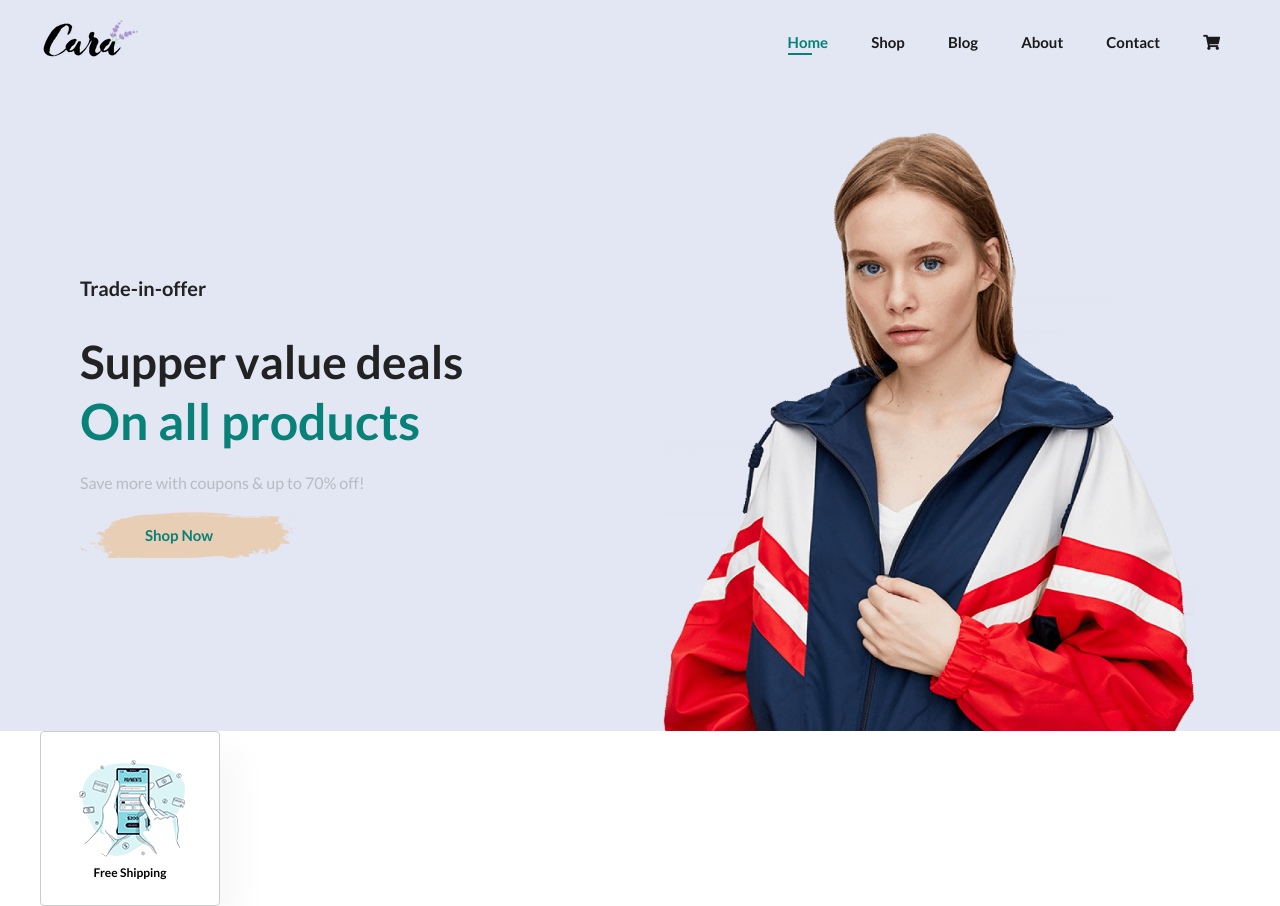
Repository: Nguyenductuan-dev/Website-Clothes
Page: index.html
An editor plug-in stored every save of this project. The page is shown before and after the next save, followed by the edit.
The browser window is 1280 px wide. The pictures show the whole page.

Above is the page before, as saved 2022-04-25 23:58:00.

### index.html
<!DOCTYPE html>
<html lang="en">
<head>
    <meta charset="UTF-8">
    <meta http-equiv="X-UA-Compatible" content="IE=edge">
    <meta name="viewport" content="width=device-width, initial-scale=1.0">
    <link rel="shortcut icon" href="assets/imgs/favicon.png" type="image/x-icon">
    <link rel="stylesheet" href="https://cdnjs.cloudflare.com/ajax/libs/font-awesome/5.15.1/css/all.min.css" />
    <link rel="preconnect" href="https://fonts.googleapis.com">
    <link rel="preconnect" href="https://fonts.gstatic.com" crossorigin>
    <link href="https://fonts.googleapis.com/css2?family=Lato:wght@400;700&family=Montserrat:ital,wght@0,200;0,300;0,400;0,500;0,600;0,700;1,600&display=swap" rel="stylesheet">
    <link rel="stylesheet" href="assets/css/style.css">
    <title>Website Clothes</title>
</head>
<body>
    <!-- ======================= HEADER ====================== -->
    <header class="header " id="header">
        <div class="header__container container">
            <a href="index.html" class="header__logo">
                <img src="assets/images/logo.png" alt="" class="header__logo-img">
            </a>

            <div class="navbar" id="navbar">
                <ul class="navbar__list">
                    <li class="navbar__item ">
                        <a href="index.html" class="navbar__link navbar__active">Home</a>
                    </li>
                    <li class="navbar__item">
                        <a href="shop.html" class="navbar__link">Shop</a>
                    </li>
                    <li class="navbar__item">
                        <a href="blog.html" class="navbar__link">Blog</a>
                    </li>
                    <li class="navbar__item">
                        <a href="about.html" class="navbar__link">About</a>
                    </li>
                    <li class="navbar__item">
                        <a href="contact.html" class="navbar__link">Contact</a>
                    </li>
                    <li class="navbar__item">
                        <a href="cart.html" class="navbar__link">
                            <i class="fas fa-shopping-cart"></i>
                        </a>
                    </li>
                </ul>
            </div>
        </div>
    </header>

    <!-- ======================= BANNER ====================== -->
    <section class="banner" id="banner">
        <div class="banner__container container">
            <h4>Trade-in-offer</h4>
            <h2>Supper value deals</h2>
            <h1>On all products</h1>
            <p>Save more with coupons & up to 70% off!</p>
            <button class="banner__btn">
                Shop Now
            </button>
        </div>
    </section>
    <section class="feature container" id="feature">
        <div class="feature__box">
            <img src="assets/images/features/f1.png" alt="" class="feature__img">
            <h6 class="feature__title">Free Shipping</h6>
        </div>
    </section>

    <script src="assets/js/main.js"></script>
</body>
</html>

### assets/css/style.css
* {
    margin: 0;
    padding: 0;
    box-sizing: border-box;
    font-family: 'Lato', sans-serif;
}
h1 {
    font-size: 50px;
    line-height: 64px;
    color: #222;
}
h2 {
    font-size: 46px;
    line-height: 54px;
    color: #222;
}

h4 {
    font-size: 20px;
    line-height: 64px;
    color: #222;
}
h6 {
    font-weight: 700;
    font-size: 12px;
}
p {
    font-size: 16px;
    color: #4444;
}
body {
    width: 100%;
}
.container {
    max-width: 1200px;
    margin: auto;
}
/* ================ HEADER =================== */
.header {
    background-color: #e3e6f3;
    box-shadow: 0 5px 15px rgba(0, 0, 0, .06);
    padding: 20px 0;
}
.header__container {
    max-width: 1200px;
    display: flex;
    justify-content: space-between;
    align-items: center;
    margin: auto;
}
.navbar {
    display: inline-block;
}
.navbar__item {
    display: inline-block;
    list-style: none;
    padding: 0 20px;
    position: relative;
}
.navbar__link {
    text-decoration: none;
    color: #1a1a1a;
    font-size: 15px;
    font-weight: 600;
    transition: .3s ease;

}
.navbar__link:hover,
.navbar__link.navbar__active {
    color: #088178;
}
.navbar__active::after,
.navbar__link:hover::after {
    content: '';
    width: 30%;
    height: 2px;
    background-color: #088178;
    position: absolute;
    bottom: -4px;
    left: 20px;
}
.scroll-header {
    position: fixed;
    top: 0;
    left: 0;
    width: 100%;
    padding: 10px 0;
    transition: .4s;
}
/* ================ BANNER =================== */
.banner {
    background-image: url('../images/hero4.png');
    width: 100%;
    background-position: top 25% right 0;
    background-size: cover;
    padding: 0 80px;
}
.banner__container {
    display: flex;
    height: 90vh;
    flex-direction: column;
    align-items: flex-start;
    justify-content: center;
}
.banner__container h4 {
    padding-bottom: 15px;
}
.banner__container h1 {
    color: #088178;
}
.banner__container p {
    padding: 20px 0;
}
.banner__container .banner__btn {
    background-image: url('../images/button.png');
    background-color: transparent;
    color: #088178;
    border: none;
    padding: 14px 80px 14px 65px;
    background-repeat: no-repeat;
    cursor: pointer;
    font-weight: 700;
    font-size: 15px;
}
/* ================ FEATURE =================== */
.feature {

}
.feature__box {
    width: 180px;
    box-shadow: 20px 20px 34px rgba(0, 0, 0, .03);
    border: 1px solid #ccc;
    text-align: center;
    padding: 25px 15px;
    border-radius: 4px;
}

### assets/js/main.js
/* ================ SCROLL HEADER ================*/
function scrollheader() {
    let header = document.getElementById('header');
    if (this.scrollY >= 200) {
        header.classList.add('scroll-header');
    }
    else {
        header.classList.remove('scroll-header');
    }
}
window.addEventListener('scroll', scrollheader);

After the next save:
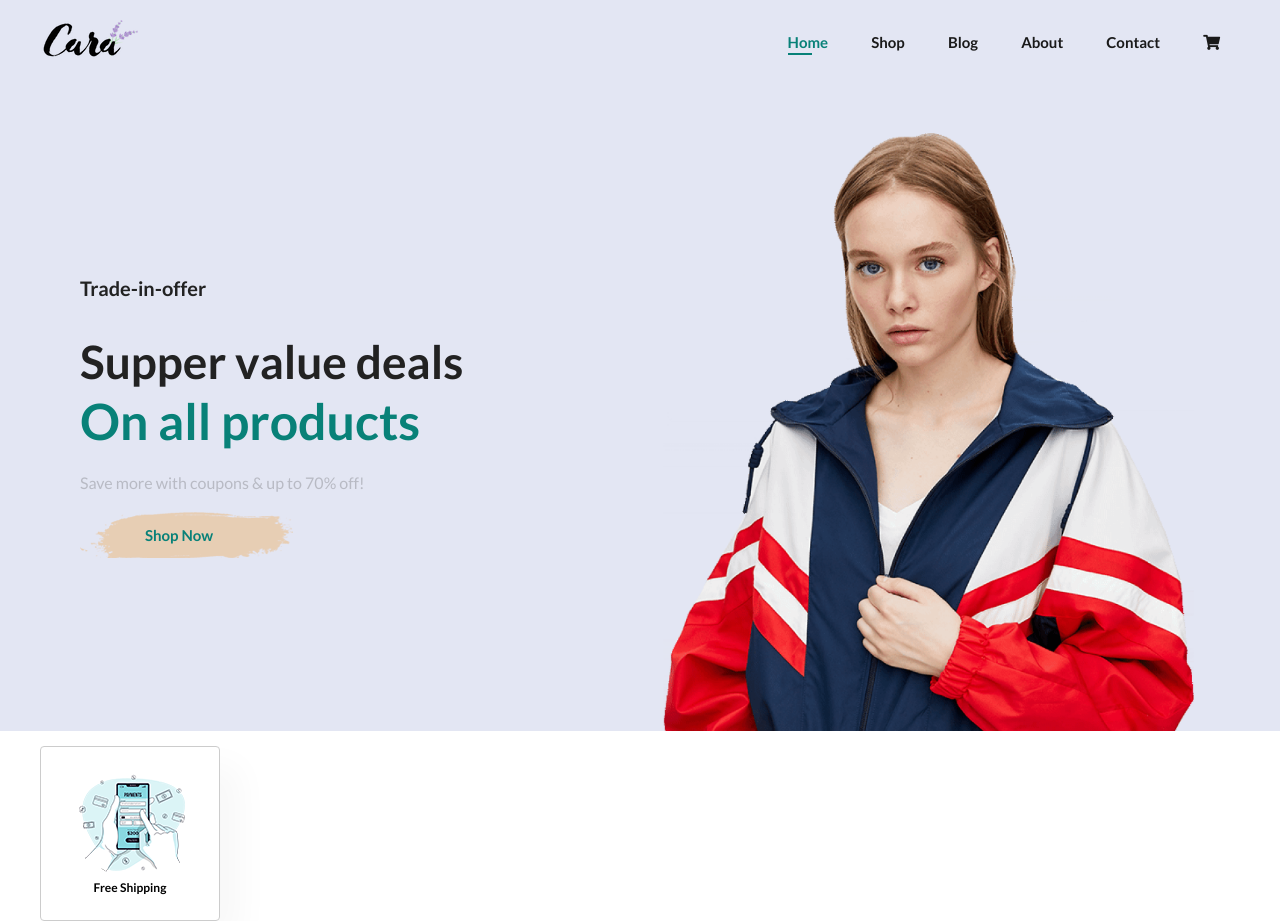
Saved 30 s later.
--- a/assets/css/style.css
+++ b/assets/css/style.css
@@ -133,4 +133,5 @@ body {
     text-align: center;
     padding: 25px 15px;
     border-radius: 4px;
+    margin-top: 15px;
 }
